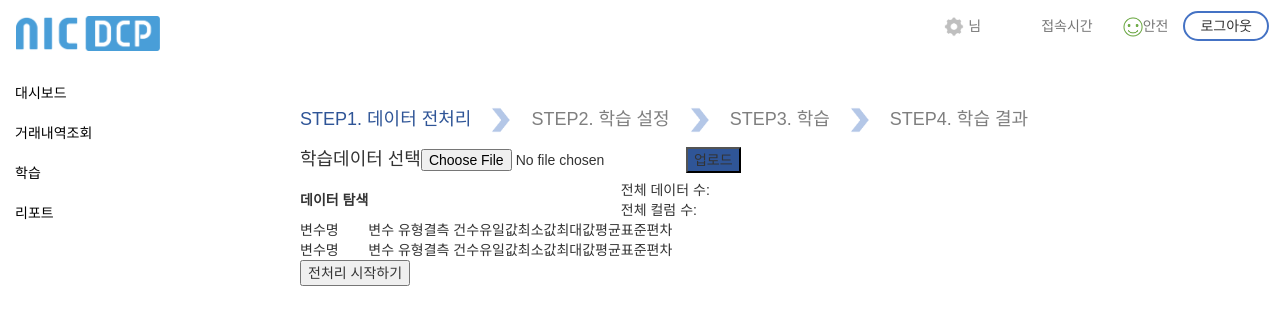
Repository: zzyeah0/project01
Page: http://localhost/nicdcp_frontend/step1.jsp
An editor plug-in stored every save of this project. The page is shown before and after the next save, followed by the edit.
The browser window is 1280 px wide. The pictures show the whole page.
Some web fonts or font styles are not loaded; a fallback is used. The page is served by Tomcat 9. The template is opened directly, without the code that normally fills it, so the values that code supplies are empty.

Above is the page before, as saved 2021-05-24 09:11:12.

After the next save:
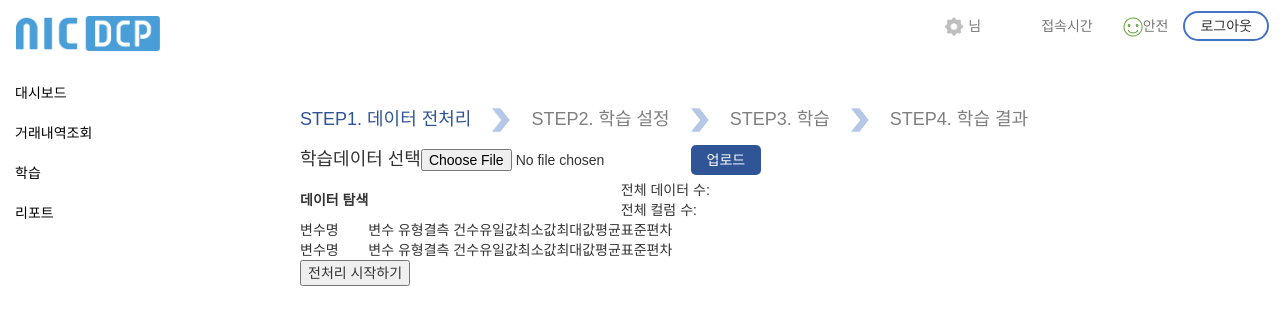
Saved 2 min 27 s later.
--- a/nicdcp_frontend/src/main/webapp/step1.jsp
+++ b/nicdcp_frontend/src/main/webapp/step1.jsp
@@ -44,7 +44,7 @@
 					<input type="file" name="file"/>
 				</td>
 				<td>
-					<input type="submit" value="업로드" class="blue"/>
+					<input type="submit" value="업로드" class="btn blue"/>
 				</td>
 			</tr>
 		</table>
